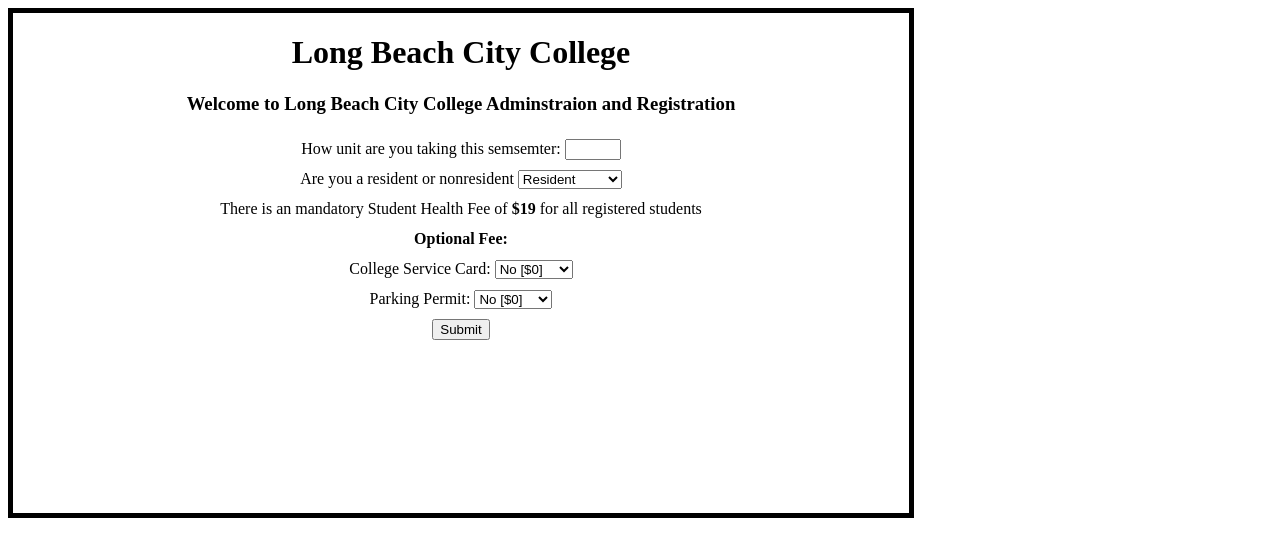
Repository: Lpanglb/COSW30
Page: Homework/HW3/tuition_calculator.html
The author's editor kept a record of every edit. The page is drawn from the files as they stood at one moment, then again after the next edit.
The browser window is 1280 px wide. The pictures show the whole page.

Above is the page before.

After the next edit:
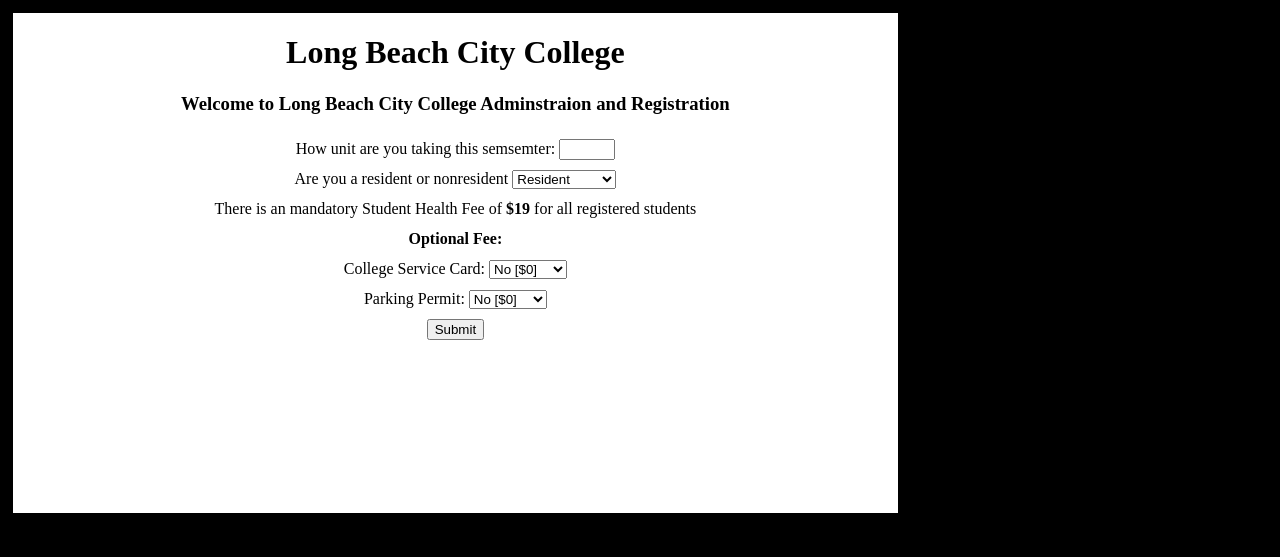
The edit:
--- a/Homework/HW3/tuition_calculator.html
+++ b/Homework/HW3/tuition_calculator.html
@@ -12,6 +12,9 @@
 
         }
         body{
+            background-color: black;
+        }
+        #sheet{
            border-style: solid;
             border-width: 5px;
             height: 500px;
